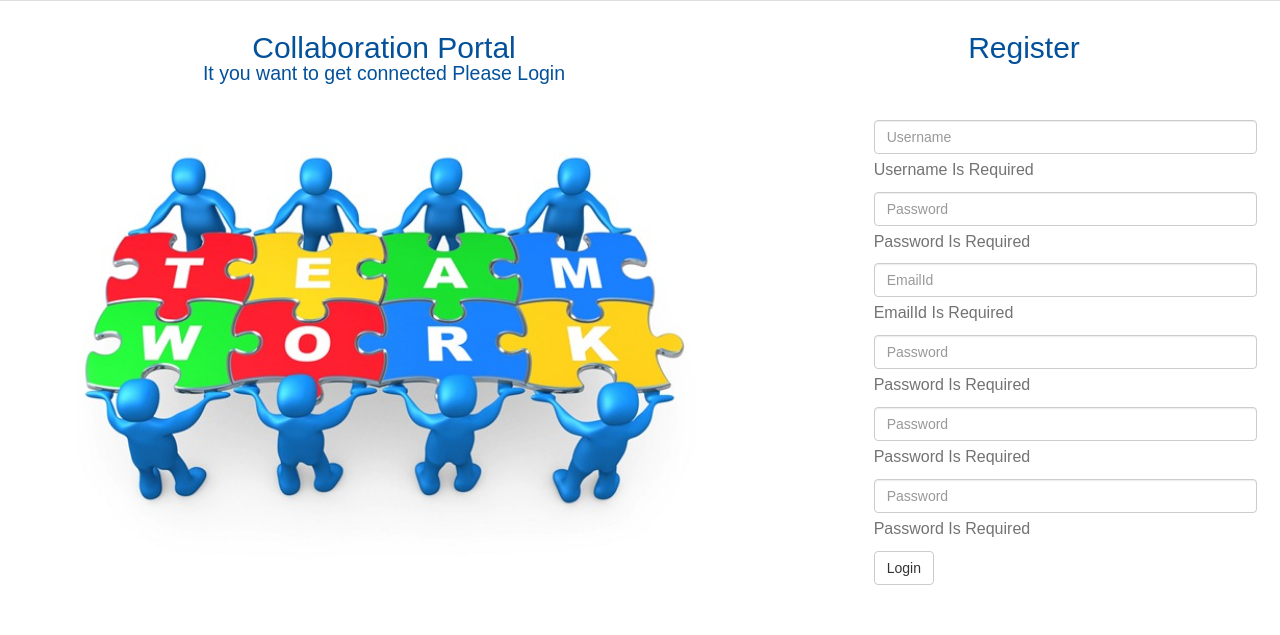
Repository: KaustubhKamat/CollaborationPlatform
Page: CollaborationFrontEnd/WebContent/c_user/Register.html
These files come from the project's save history. The page is drawn as it stood at one moment and after the next save; the edit follows.
The browser window is 1280 px wide. The pictures show the whole page.
Some web libraries are served in a nearby version.

Above is the page before, as saved 2017-03-03 10:46:47.

### CollaborationFrontEnd/WebContent/c_user/Register.html
<html>
<head>
<meta charset="ISO-8859-1">
<title>Insert title here</title>
<link rel="stylesheet"
	href="https://maxcdn.bootstrapcdn.com/bootstrap/3.3.7/css/bootstrap.min.css">
<script
	src="https://ajax.googleapis.com/ajax/libs/jquery/1.12.4/jquery.min.js"></script>
<link rel="stylesheet"
	href="https://maxcdn.bootstrapcdn.com/font-awesome/4.4.0/css/font-awesome.min.css">
<script
	src="https://maxcdn.bootstrapcdn.com/bootstrap/3.3.7/js/bootstrap.min.js"></script>
	<script src="https://ajax.googleapis.com/ajax/libs/angularjs/1.4.8/angular.min.js"></script>
</head>
<body>

<head>

<link rel="stylesheet"
	href="https://maxcdn.bootstrapcdn.com/bootstrap/3.3.7/css/bootstrap.min.css">
<script
	src="https://ajax.googleapis.com/ajax/libs/jquery/3.1.1/jquery.min.js"></script>
<script
	src="https://maxcdn.bootstrapcdn.com/bootstrap/3.3.7/js/bootstrap.min.js"></script>
<style>
body {
	font-family: sans-serif;

}

form {
	margin: 25px auto;
	font-size: medium;
	padding: 10px 20px;
	border-radius: 10px;
	text-align: justify;
}

body {
	background:
}

h2 {
	text-align: center;
}

</style>
<meta http-equiv="Content-Type" content="text/html; charset=ISO-8859-1">
<title>Insert title here</title>
</head>

<body ng-app="">


<div ng-controller="UserController as ctrl">

<table class="table" style=" background: linear-gradient(white, lightred);">
<tr>
<td width="60%" valign="top" style="padding-top: 10px">
<center> <h2 style="color:#04519b">Collaboration Portal <br><small style="color:#04519b">It you want to get connected Please Login</small> </h2></center>
<center><img src="resources/Images/login.jpg" height="500px"></center>
</td>
<td width="40%" style="padding-top: 10px">
<h2 style="color:#04519b">Register</h2>

<br>
<br>
		<div class="form-group" ng-class="{'has-error' : form.username.$dirty && form.username.$error.required}">
    <div class="col-sm-offset-2 col-sm-10">
      <input type="text" class="form-control" placeholder="Username" ng-model="ctrl.user.username" id="username" name="username" required>
      <span ng-show="form.username.$dirty && form.username.$error.required" class="help-block">Username Is Required</span>
    </div>
  </div>

  <div class="form-group" ng-class="{'has-error' : form.password.$dirty && form.password.$error.required}">
    <div class="col-sm-offset-2 col-sm-10">
      <input type="password" class="form-control" placeholder="Password" ng-model="ctrl.user.password" id="password" name="password" required>
       <span ng-show="form.password.$dirty && form.password.$error.required" class="help-block">Password Is Required</span>
    </div>
  </div>

  <div class="form-group" ng-class="{'has-error' : form.emailId.$dirty && form.emailId.$error.required}">
    <div class="col-sm-offset-2 col-sm-10">
      <input type="email" class="form-control" placeholder="EmailId" ng-model="ctrl.user.emailId" id="emailId" name="emailId" required>
      <span ng-show="form.emailId.$dirty && form.emailId.$error.required" class="help-block">EmailId Is Required</span>
    </div>
  </div>

  <div class="form-group" ng-class="{'has-error' : form.password.$dirty && form.password.$error.required}">
    <div class="col-sm-offset-2 col-sm-10">
      <input type="password" class="form-control" placeholder="Password" ng-model="ctrl.user.password" id="password" name="password" required>
       <span ng-show="form.password.$dirty && form.password.$error.required" class="help-block">Password Is Required</span>
    </div>
  </div>

  <div class="form-group" ng-class="{'has-error' : form.password.$dirty && form.password.$error.required}">
    <div class="col-sm-offset-2 col-sm-10">
      <input type="password" class="form-control" placeholder="Password" ng-model="ctrl.user.password" id="password" name="password" required>
       <span ng-show="form.password.$dirty && form.password.$error.required" class="help-block">Password Is Required</span>
    </div>
  </div>

  <div class="form-group" ng-class="{'has-error' : form.password.$dirty && form.password.$error.required}">
    <div class="col-sm-offset-2 col-sm-10">
      <input type="password" class="form-control" placeholder="Password" ng-model="ctrl.user.password" id="password" name="password" required>
       <span ng-show="form.password.$dirty && form.password.$error.required" class="help-block">Password Is Required</span>
    </div>
  </div>
		<div class="form-group">
			<div class="col-sm-offset-2 col-sm-10">
				<input type="hidden" name="${_csrf.parameterName}"
					value="${_csrf.token}">
				<button type="submit" class="btn btn-default">Login</button>
			</div>
		</div>

		</div>
	</form>
	</div>
</td>

 </body>
 </html>

After the next save:
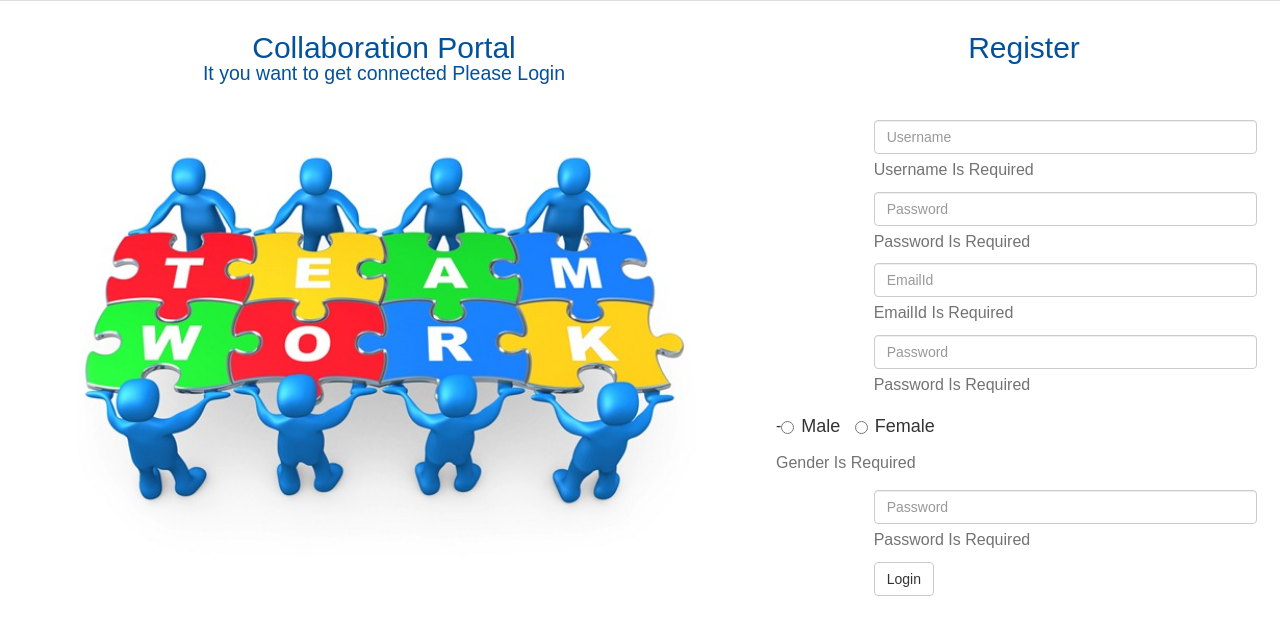
Saved 48 s later.
--- a/CollaborationFrontEnd/WebContent/c_user/Register.html
+++ b/CollaborationFrontEnd/WebContent/c_user/Register.html
@@ -93,12 +93,16 @@ h2 {
     </div>
   </div>
 
-  <div class="form-group" ng-class="{'has-error' : form.password.$dirty && form.password.$error.required}">
-    <div class="col-sm-offset-2 col-sm-10">
-      <input type="password" class="form-control" placeholder="Password" ng-model="ctrl.user.password" id="password" name="password" required>
-       <span ng-show="form.password.$dirty && form.password.$error.required" class="help-block">Password Is Required</span>
-    </div>
-  </div>
+  <div class="form-group" ng-class="{'has-error' : form.gender.$dirty && form.gender.$error.required}">
+    -<label class="radio-inline">
+     <h4> <input type="radio" name="gender" ng-model="ctrl.user.gender" id="gender" ng-value="'Male'">Male</h4>
+    </label>
+    <label class="radio-inline">
+   <h4>   <input type="radio" name="gender" ng-model="ctrl.user.gender" id="gender" ng-value="'Female'">Female</h4>
+    </label>
+          <span ng-show="form.gender.$dirty && form.gender.$error.required" class="help-block">Gender Is Required</span>
+
+</div>
 
   <div class="form-group" ng-class="{'has-error' : form.password.$dirty && form.password.$error.required}">
     <div class="col-sm-offset-2 col-sm-10">
